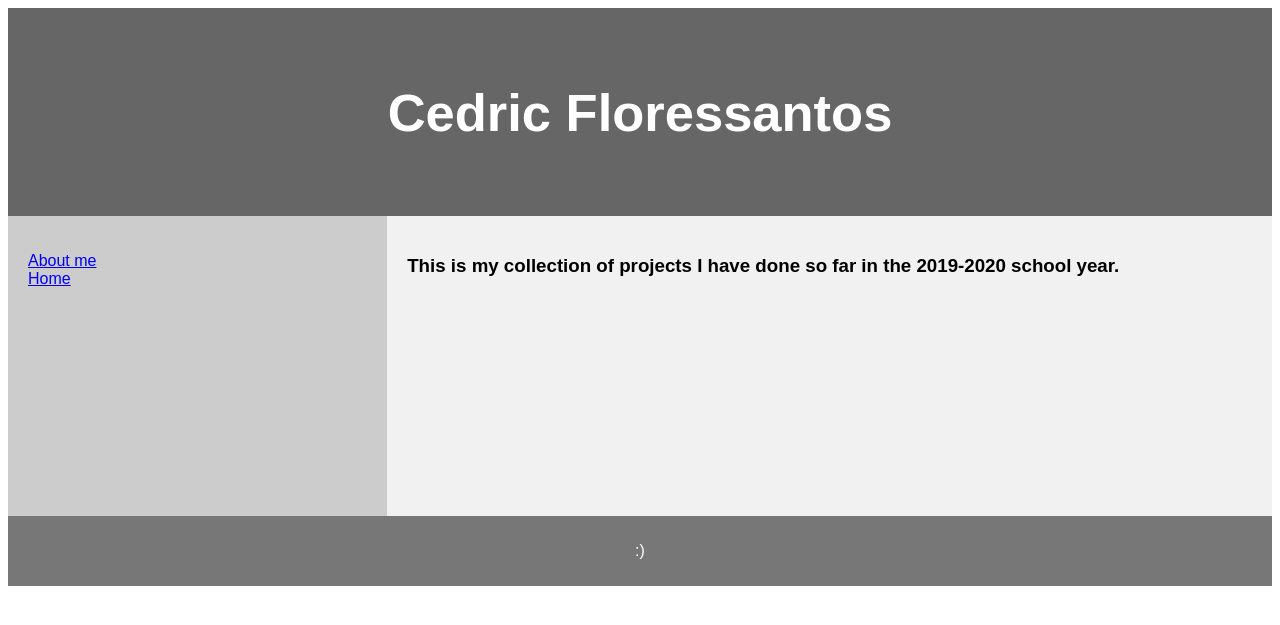
Repository: Cedric-floressantos/Cedric-floressantos.github.io
Page: my_website/portfolio.html
The author's editor kept a record of every edit. The page is drawn from the files as they stood at one moment, then again after the next edit.
The browser window is 1280 px wide. The pictures show the whole page.

Above is the page before.

After the next edit:
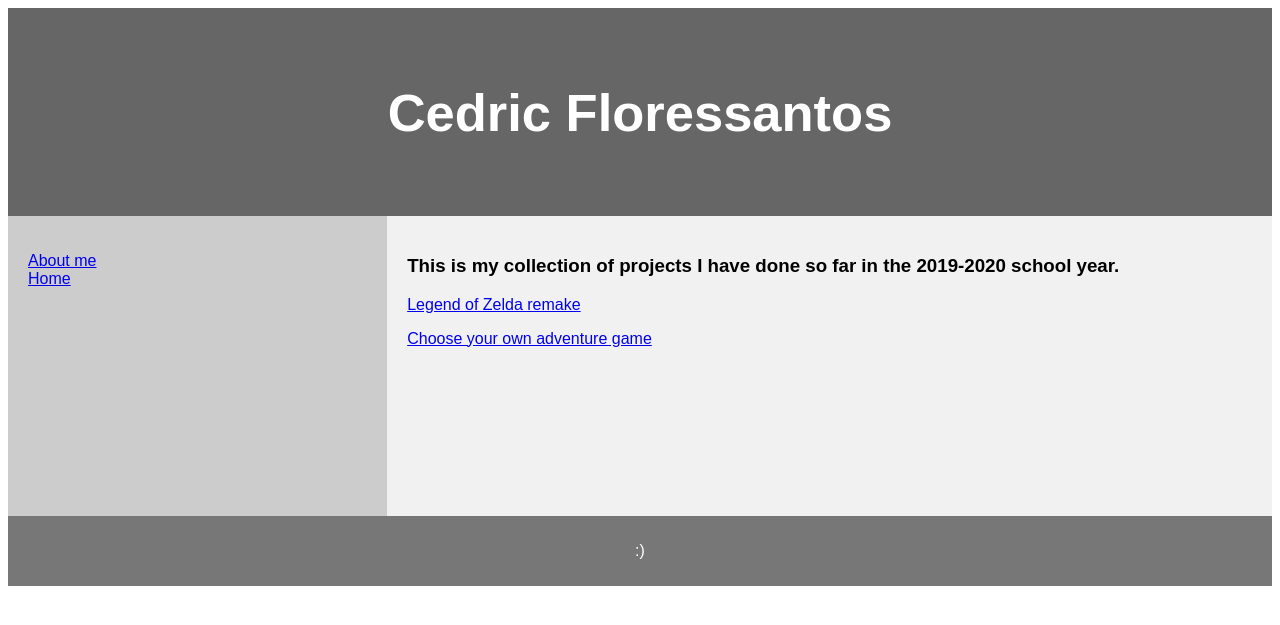
The edit:
--- a/my_website/portfolio.html
+++ b/my_website/portfolio.html
@@ -77,7 +77,8 @@
 
   <article>
     <h1>This is my collection of projects I have done so far in the 2019-2020 school year.</h1>
-    <p></p>
+    <p><a href="https://scratch.mit.edu/projects/324309034">Legend of Zelda remake</a></p>
+    <p2><a href="https://scratch.mit.edu/projects/327799540/">Choose your own adventure game</a></p2>
   </article>
 </section>
 
